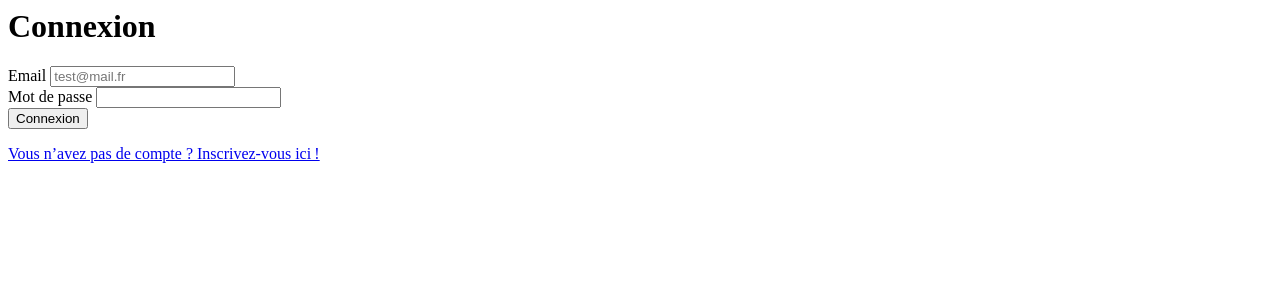
Repository: lemonhao9/QuaiAntiqueRestaurantFront
Page: pages/auth/signin.html
An editor plug-in stored every save of this project. The page is shown before and after the next save, followed by the edit.
The browser window is 1280 px wide. The pictures show the whole page.

Above is the page before, as saved 2025-02-24 17:54:49.

After the next save:
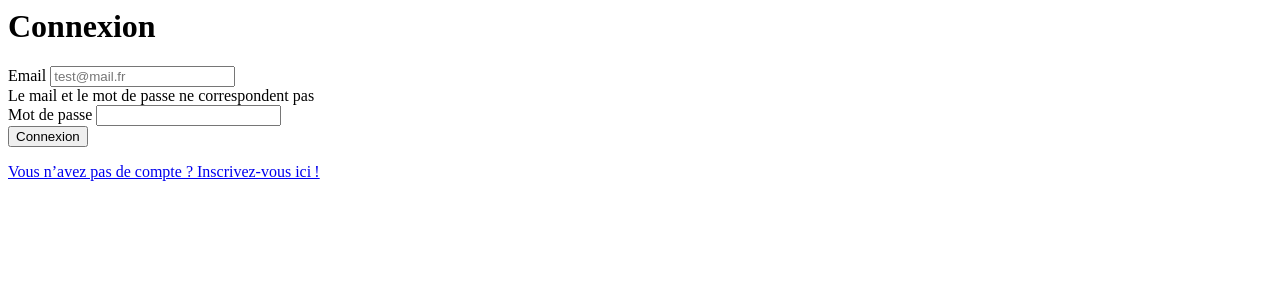
Saved 81 s later.
--- a/pages/auth/signin.html
+++ b/pages/auth/signin.html
@@ -9,6 +9,9 @@
         <div class="mb-3">
           <label for="EmailInput" class="form-label">Email</label>
           <input type="email" class="form-control" id="EmailInput" placeholder="test@mail.fr" name="Email">
+          <div class="invalid-feedback">
+            Le mail et le mot de passe ne correspondent pas
+          </div>
         </div>
         <div class="mb-3">
           <label for="PasswordInput" class="form-label">Mot de passe</label>
